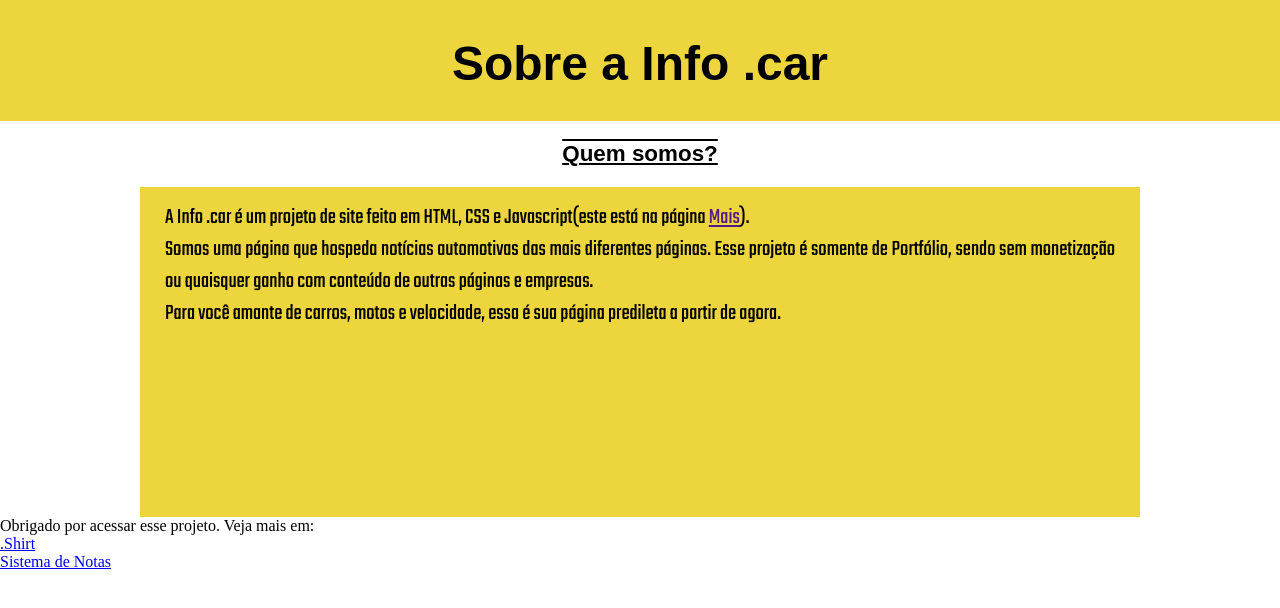
Repository: Leonngc/projeto-info.car
Page: sobre.html
The author's editor kept a copy of each file at every save. The page is drawn from the files as they stood at one save, then again after the next save.
The browser window is 1280 px wide. The pictures show the whole page.
Some web fonts or font styles are not loaded; a fallback is used.

Above is the page before, as saved 2022-11-05 15:35:16.

After the next save:
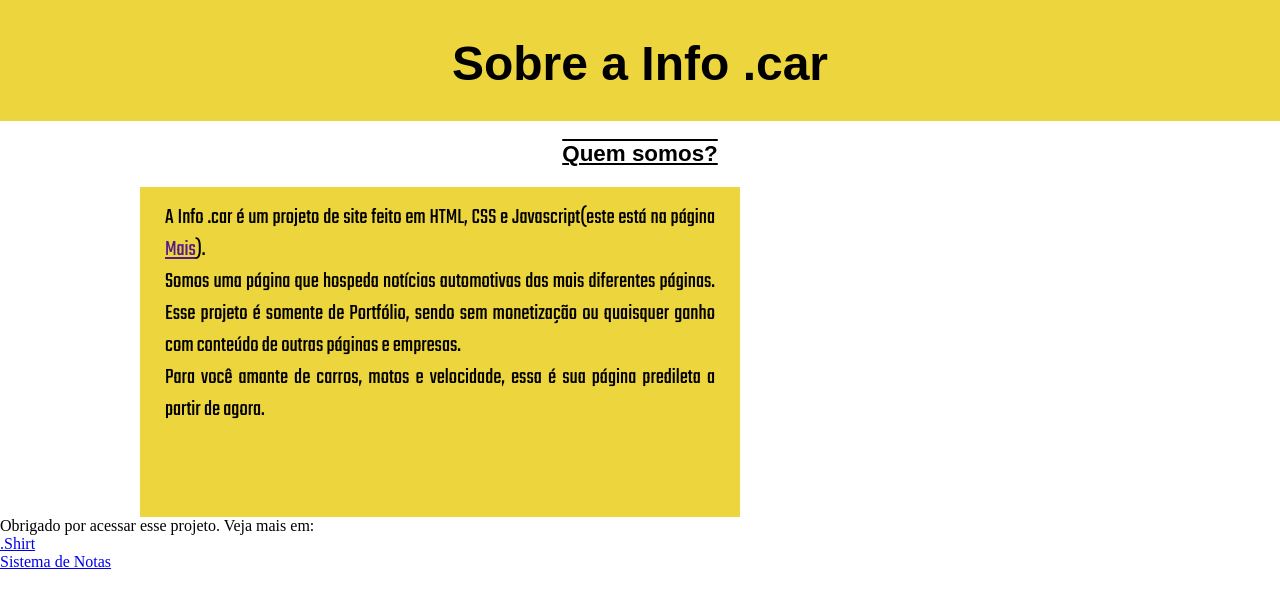
Saved 4 s later.
--- a/sobre.css
+++ b/sobre.css
@@ -44,7 +44,8 @@ article > p{
    font-size: 1.4em;
    text-align: justify;
    margin: auto;
-   margin-right: ;
+   margin-right: 400px;
+
    min-width: 300px;
    min-height: 300px;
    padding: 15px 25px;
